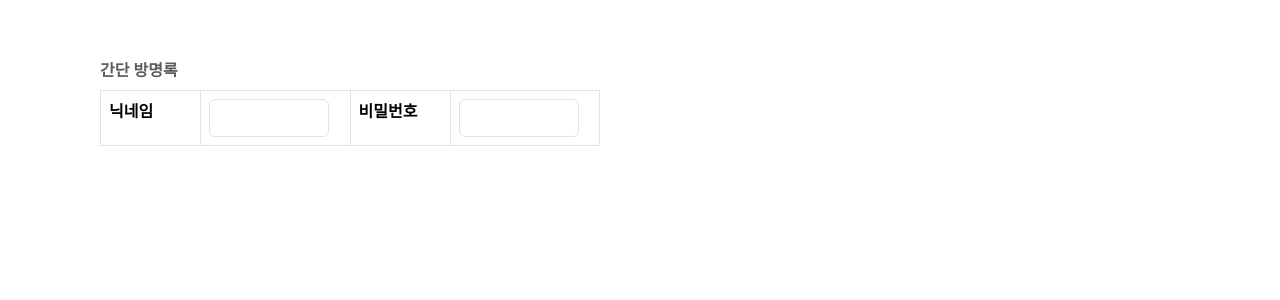
Repository: jini8293/Sist_04
Page: http://localhost/jspProject/simpleguest/updateForm.jsp
These files come from the project's save history. The page is drawn as it stood at one moment and after the next save; the edit follows.
The browser window is 1280 px wide. The pictures show the whole page.
Some web fonts or font styles are not loaded; a fallback is used. The page is served by Tomcat 9.

Above is the page before, as saved 2024-03-08 05:21:54.

After the next save:
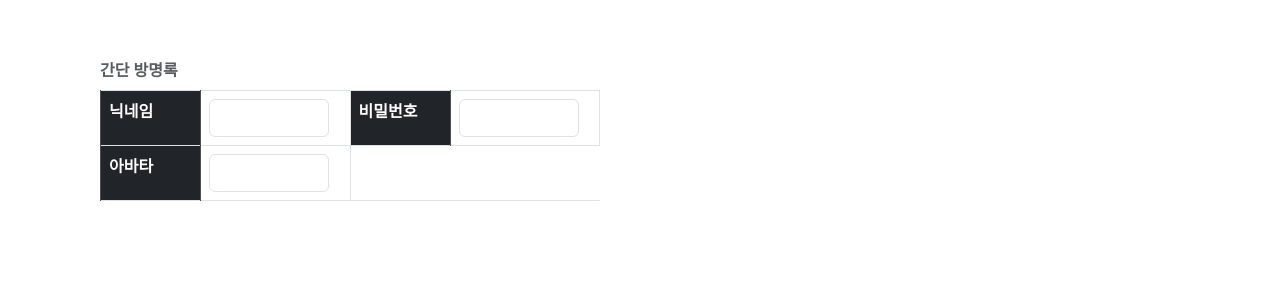
Saved 65 s later.
--- a/jspwork/jspProject/src/main/webapp/simpleguest/updateForm.jsp
+++ b/jspwork/jspProject/src/main/webapp/simpleguest/updateForm.jsp
@@ -19,14 +19,21 @@
 		<table class="table table-bordered" style="width: 500px;">
 			<caption align="top"><b>간단 방명록</b></caption>
 			<tr>
-				<th width="100">닉네임</th>
+				<th width="100" class="table-dark">닉네임</th>
 				<td>
 					<input type="text" name="nickname" required="required"
 					class="form-control" style="width: 120px">
 				</td>
-				<th width="100">비밀번호</th>
+				<th width="100" class="table-dark">비밀번호</th>
 				<td>
 					<input type="password" name="pass" required="required"
+					class="form-control" style="width: 120px">
+				</td>
+			</tr>
+			<tr>
+				<th width="100" class="table-dark">아바타</th>
+				<td>
+					<input type="text" name="nickname" required="required"
 					class="form-control" style="width: 120px">
 				</td>
 			</tr>
